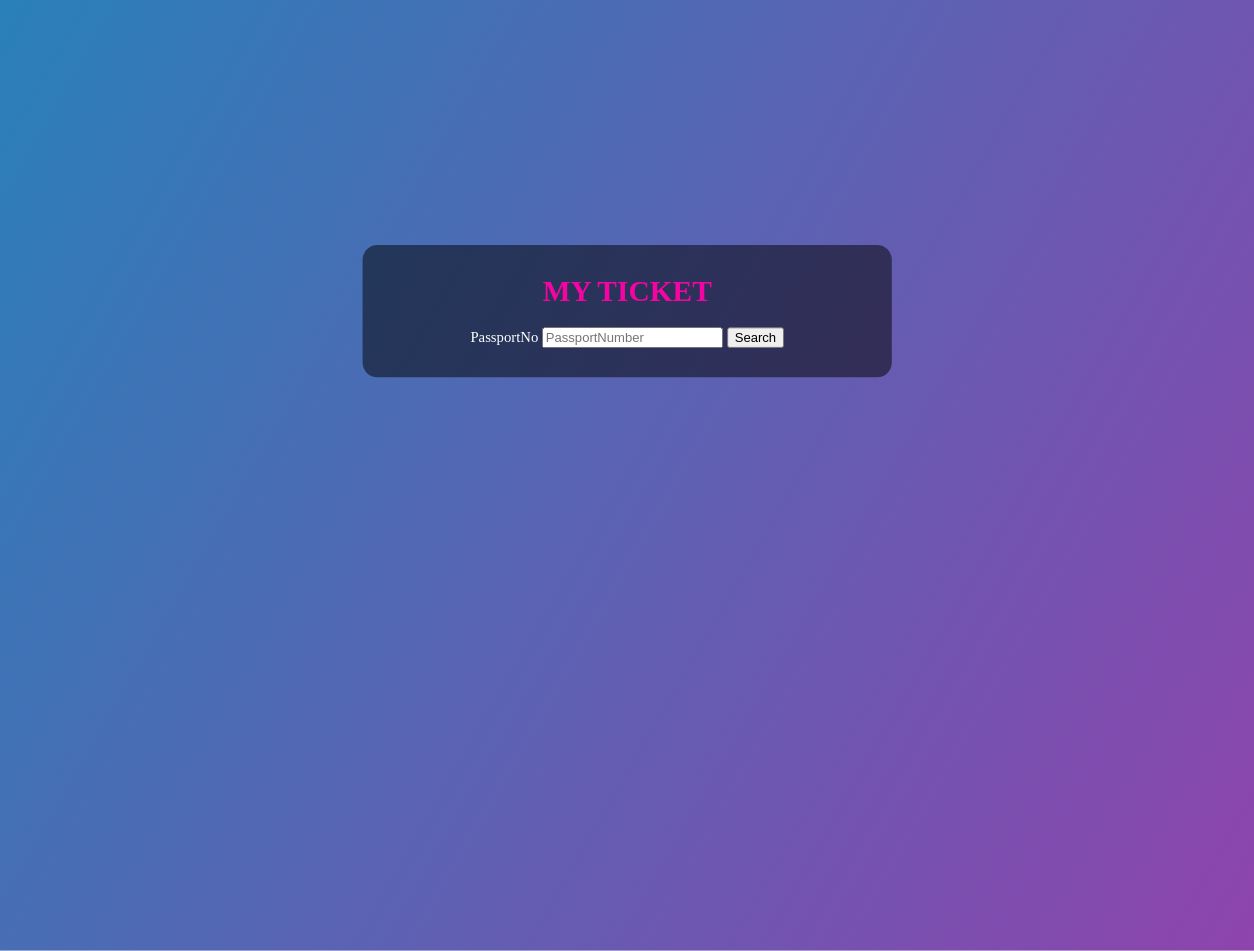
Repository: kalpesh3070/backend2
Page: flyaway/src/main/webapp/My_Ticket.html
An editor plug-in stored every save of this project. The page is shown before and after the next save, followed by the edit.
The browser window is 1280 px wide. The pictures show the whole page, at 98% of full size.

Above is the page before, as saved 2022-11-13 19:21:34.

After the next save:
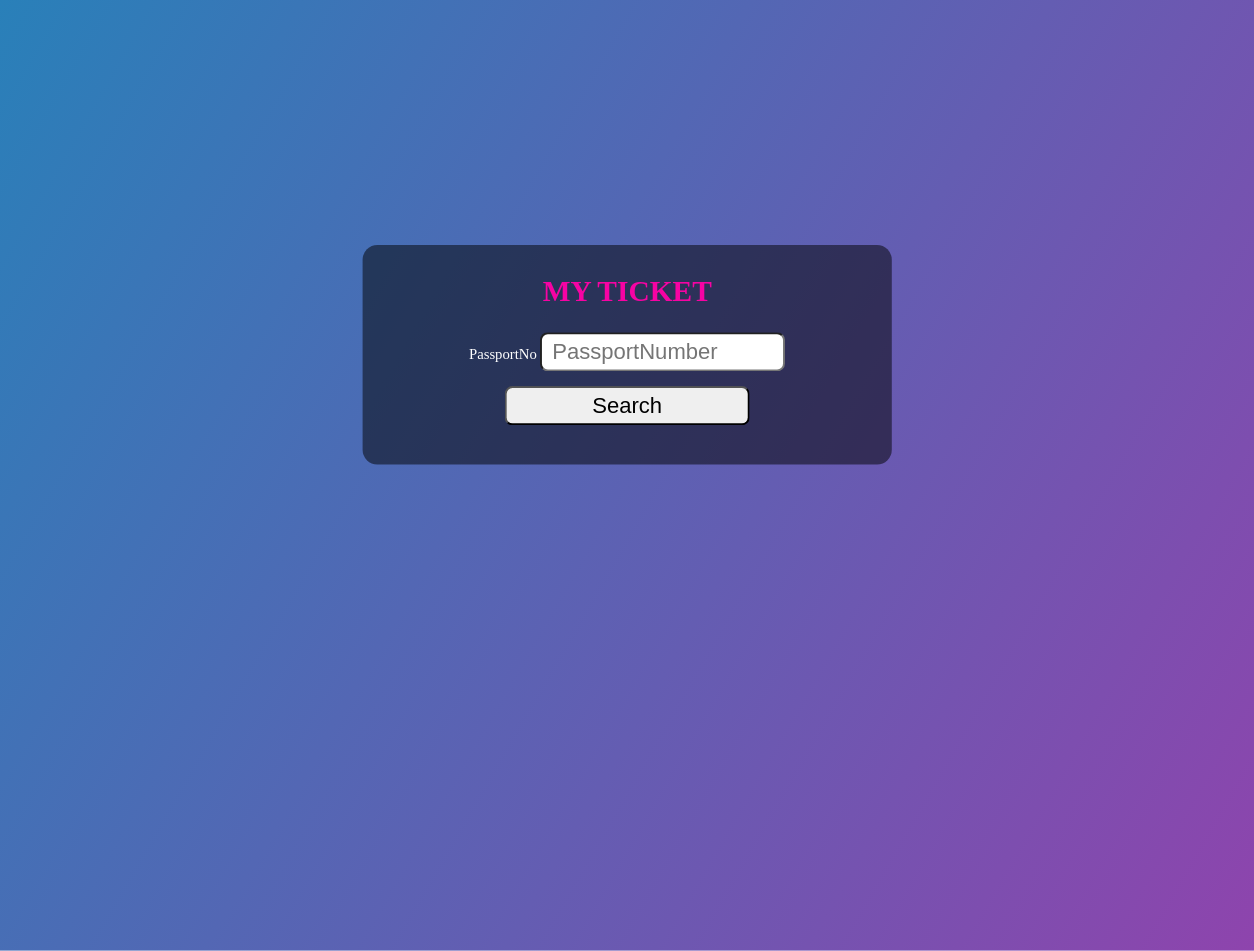
Saved 85 s later.
--- a/flyaway/src/main/webapp/My_ticket.css
+++ b/flyaway/src/main/webapp/My_ticket.css
@@ -23,3 +23,15 @@ border-radius: 15px;
 .body lable{
 	display:block;
 }
+
+.body input{
+	width:50%;
+	font-size:1.5em;
+	box-shadow: 2px;
+	border-radius: 8px;
+	padding: 5px 10px;
+	box-sizing: border-box;
+	margin:5px 0px 10px;
+
+
+}
